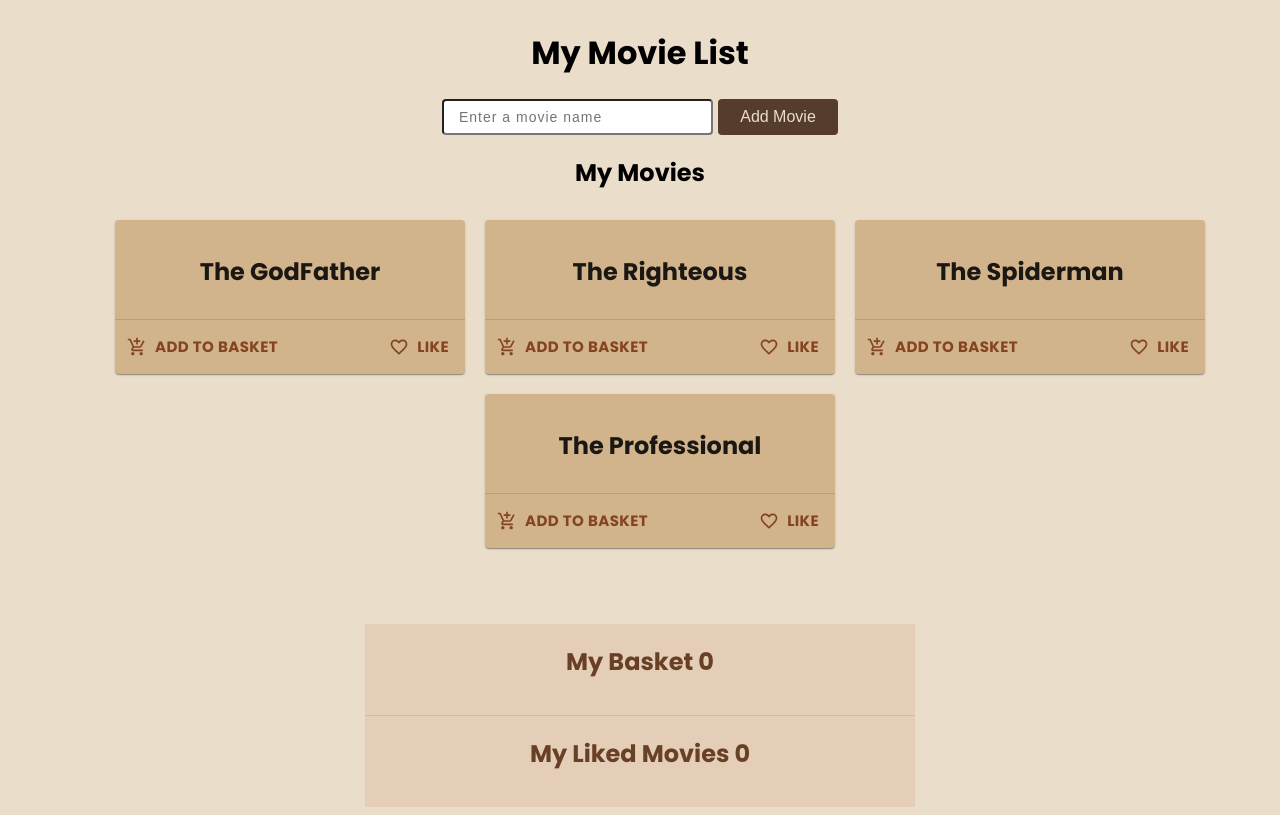
Repository: sinchana-p-iVoyant/redux-movie-store
Page: /
These files come from the project's save history. The page is drawn as it stood at one moment and after the next save; the edit follows.
The browser window is 1280 px wide. The pictures show the whole page.
The project was rebuilt for these pictures with package versions that can differ from the ones it lists, and the page was loaded fresh each time. Also part of the build but not shown: vite.config.ts.

Above is the page before, as saved 2024-02-15 14:06:06.

### index.html
<!doctype html>
<html lang="en">
  <head>
    <meta charset="UTF-8" />
    <link rel="icon" type="image/svg+xml" href="/vite.svg" />
    <meta name="viewport" content="width=device-width, initial-scale=1.0" />
    <title>Redux Movie Store</title>
  </head>
  <body>
    <div id="root"></div>
    <script type="module" src="/src/main.tsx"></script>
  </body>
</html>

### src/main.tsx
import React from 'react'
import ReactDOM from 'react-dom/client'
import App from './App.tsx'
// import './index.css'
import store from './store/index';
import { Provider } from 'react-redux'


ReactDOM.createRoot(document.getElementById('root')!).render(
  <React.StrictMode>
    <Provider store={store}>
      <App />
    </Provider>
  </React.StrictMode>,
)

### src/App.tsx
import { useState } from "react";
// import './App.css'
import { useSelector, useDispatch } from "react-redux";
import {Movie} from './store/index'
import {Card, CardComponent, CardActions, Button, Typography, CardContent} from '@mui/material'
import { Favorite, FavoriteBorder, AddShoppingCart, RemoveShoppingCart } from "@mui/icons-material";
import './App.css'

const App = () => {
  const [movieTitle, setMovieTitle] = useState("");

  // 🔥 a. To Trigger from UI.
  const dispatch = useDispatch();

  // 🔥 b. To update the UI, based on state updates in the store.

  // movies state (array)
  // const movies = useSelector(state => state.movies)
  // ------> return value: state.movies

  // Note:
  // The function passed to `useSelector` selects a slice of the state that we are interested in.
  // The function parameter specifies the `structure` of the Redux state object.
  // It's `type` annotated in TypeScript to ensure the type safety.
  // specifying the structure of the Redux state object using TypeScript type annotations enhances code quality, readability, and maintainability while providing additional safety checks and tooling support during development.

  const movies = useSelector(
    (state : {
      movies: { title: string; liked: boolean; inBasket: boolean }[];
    }) => state.movies
  );

  // const basket = useSelector((state) => state.basket);
  const basket = useSelector((state: { basket: string[] }) => state.basket);

  // const likedMovies = useSelector((state) => state.likedMovies);
  const likedMovies = useSelector((state: { likedMovies: string[] }) => state.likedMovies);


  // 4. Action Creator
  const handleAddMovie = () => {
    const newMovie = {
      title: movieTitle,
      inBasket: false,
      liked: false
    }
    dispatch({ type: "ADD_MOVIE", payload: newMovie });
    setMovieTitle(""); // Reset back to Empty String
  };

  const handleAddToBasket = (movie: string) => {
    dispatch({ type: "ADD_TO_BASKET", payload: movie });
  };
  const handleAddToLikedMovies = (movie: string) => {
    dispatch({ type: "ADD_TO_LIKED_MOVIE", payload: movie });
  };

  return (
    <div className="container">
      <div>
        <h1>My Movie List</h1>
      </div>
      <div className="add-movie">
        <input
          type="text"
          placeholder="Enter a movie name"
          value={movieTitle}
          onChange={(e) => setMovieTitle(e.target.value)}
        />
        <button className="input-btn" onClick={handleAddMovie}>Add Movie</button>
      </div>
      <div>
        <h2>My Movies</h2>
        <ul className="movie-list">
          {movies.map((movie: Movie, index) => (
            <Card key={index} className="movie-card" style={{backgroundColor: "#D2B48C"}}>
              <CardContent>
                <Typography variant="h5" component='h2' style={{ fontWeight: 'bold', fontFamily: 'Poppins, sans-serif', marginTop: '20px' }}>
                  {movie.title}
                </Typography>
              </CardContent>

              <CardActions className="card-actions">
                <Button
                  style={{ color: '#844421', fontSize: '15px', fontWeight: 'bold', fontFamily: 'Poppins, sans-serif' }}
                  startIcon={movie.inBasket ? <RemoveShoppingCart /> : <AddShoppingCart />}
                  onClick={() => handleAddToBasket(movie.title)}>
                  {movie.inBasket ? "Remove From Basket" : "Add To Basket"}
                </Button>
                <Button
                  style={{ color: '#844421', fontSize: '15px', fontWeight: 'bold', fontFamily: 'Poppins, sans-serif' }}
                  startIcon={movie.liked ? <Favorite /> : <FavoriteBorder />}
                  onClick={() => handleAddToLikedMovies(movie.title)}>
                  {movie.liked ? "Dislike" : "Like"}
                </Button>
              </CardActions>

            </Card>
          ))}
        </ul>
      </div>
      <div className="basket-container">
        <h2>My Basket {basket.length}</h2>
        <ul className="basket-container-list">
          {basket.map((basket, index) => (
            <li key={index}>{basket}</li>
          ))}
        </ul>
      </div>
      <div className="liked-container">
        <h2>My Liked Movies {likedMovies.length}</h2>
        <ul className="liked-container-list">
          {likedMovies.map((likedMovie, index) => (
            <li key={index}>{likedMovie}</li>
          ))}
        </ul>
      </div>
    </div>
  );
};

export default App;

// 1. Save the new movie in the local state.
// 2. Add the new movie in local state to the Store.
// 3. Fetch the movies array, from the store

// 3. a. To display in - My Basket & My Liked Movies

### src/store/index.ts
// import { createStore } from "redux";
import { configureStore, createSlice } from "@reduxjs/toolkit";

export type Movie = {
    title: string,
    inBasket: boolean,
    liked: boolean
}

export type State = {
    movies: Movie[],
    basket: string[],
    likedMovies: string[]
}

type Action =
  | { type: "ADD_MOVIE"; payload: Movie } |
    { type: 'ADD_TO_BASKET', payload: string } |
    { type: "ADD_TO_LIKED_MOVIE", payload: string };

// InitialState
const initialState: State = {
    movies: [
      {title: 'The GodFather', inBasket: false, liked: false},
      {title: 'The Righteous', inBasket: false, liked: false},
      {title: 'The Spiderman', inBasket: false, liked: false},
      {title: 'The Professional', inBasket: false, liked: false},
    ],
    basket: [],
    likedMovies: []
}

// Reducers - Make Immutable Updates
const reducer = (state: State = initialState, action: Action): State => {
  switch (action.type) {
    case 'ADD_MOVIE':
      return {
        ...state,
        movies: [...state.movies, action.payload]
      }
    case 'ADD_TO_BASKET':
      return {
        ...state,
          movies: state.movies.map(movie => movie.title === action.payload ? {...movie, inBasket: !movie.inBasket } : movie),
        basket: state.basket.includes(action.payload) ? state.basket.filter(movie => movie !== action.payload) : [...state.basket, action.payload]
      }
    case 'ADD_TO_LIKED_MOVIE':
      return {
        ...state,
        movies: state.movies.map(movie => movie.title === action.payload ? {...movie, liked: !movie.liked} : movie) ,
        likedMovies: state.likedMovies.includes(action.payload) ? state.likedMovies.filter(movie => movie !== action.payload) :  [...state.likedMovies, action.payload]
      }
    default:
      return state
  }
}

// Store
// const store = createStore(reducer)
const store = configureStore({reducer})

export default store

// 1. State
// 2. Reducer
// 3. Store

### src/App.css
@import url('https://fonts.googleapis.com/css2?family=Poppins:ital,wght@0,100;0,200;0,300;0,400;0,500;0,600;0,700;0,800;0,900;1,100;1,200;1,300;1,400;1,500;1,600;1,700;1,800;1,900&display=swap');

body {
  background-color: #EADDCA;
  font-family: "Poppins", sans-serif;
}

h1, h2{
  text-align: center;
}

.container {
  display: flex;
  flex-direction: column;
  align-items: center;
  justify-content: center;
}

.movie-list {
  display: flex;
  flex-wrap: wrap;
  justify-content: center;
}

.movie-card {
  width: 350px;
  margin: 10px;
}

.card-content {
  padding: 16px;
  font-family: "Poppins", sans-serif;
}

.card-actions {
  margin-top: 15px;
  border-top: 1px solid rgba(0, 0, 0, 0.119);
  display: flex;
  justify-content: space-between;
}

/* .btn {
  color: black;
  font-size: 15px;
  font-weight: bold;
} */
.buttonHover:hover {
  background-color: #e0e0e0;
}

/* --- */

input {
  height: 30px;
  width: 250px;
  padding-left: 15px;
  font-size: 14px;
  letter-spacing: 1px;
  border-radius: 4px;
}

.input-btn{
  height: 36px;
  width: 120px;
  font-size: 16px;
  background-color: #553c2b;
  border: none;
  color: #EADDCA;
  margin-left: 5px;
  border-radius: 4px;

}

.input-btn:hover{
  background-color: #ad9a82;
  color: #261509 ;

}

/* ------------------- */

.basket-container {
  margin-top: 50px;
}

.basket-container, .liked-container {
  background-color: #c2805c2a;
  width: 550px;
  /* text-align: center; */
}

.basket-container>h2, .liked-container>h2 {
  color: rgb(104, 64, 38);
}

.basket-container {
  border-bottom: 1px solid rgba(0, 0, 0, 0.085);
}

.basket-container-list, .liked-container-list {
  /* text-align: left; */
  display: flex;
  flex-direction: column;
  justify-content: center;
  align-items: left;

  margin-left: 180px;
}

.basket-container-list li, .liked-container-list li {
  color: rgb(104, 64, 38);
  font-weight: 400;
}



/* #root {
  max-width: 1280px;
  margin: 0 auto;
  padding: 2rem;
  text-align: center;
} */

/*
.logo {
  height: 6em;
  padding: 1.5em;
  will-change: filter;
  transition: filter 300ms;
}
.logo:hover {
  filter: drop-shadow(0 0 2em #646cffaa);
}
.logo.react:hover {
  filter: drop-shadow(0 0 2em #61dafbaa);
}

@keyframes logo-spin {
  from {
    transform: rotate(0deg);
  }
  to {
    transform: rotate(360deg);
  }
}

@media (prefers-reduced-motion: no-preference) {
  a:nth-of-type(2) .logo {
    animation: logo-spin infinite 20s linear;
  }
}

.card {
  padding: 2em;
}

.read-the-docs {
  color: #888;
} */

/* ------------------------- */

After the next save:
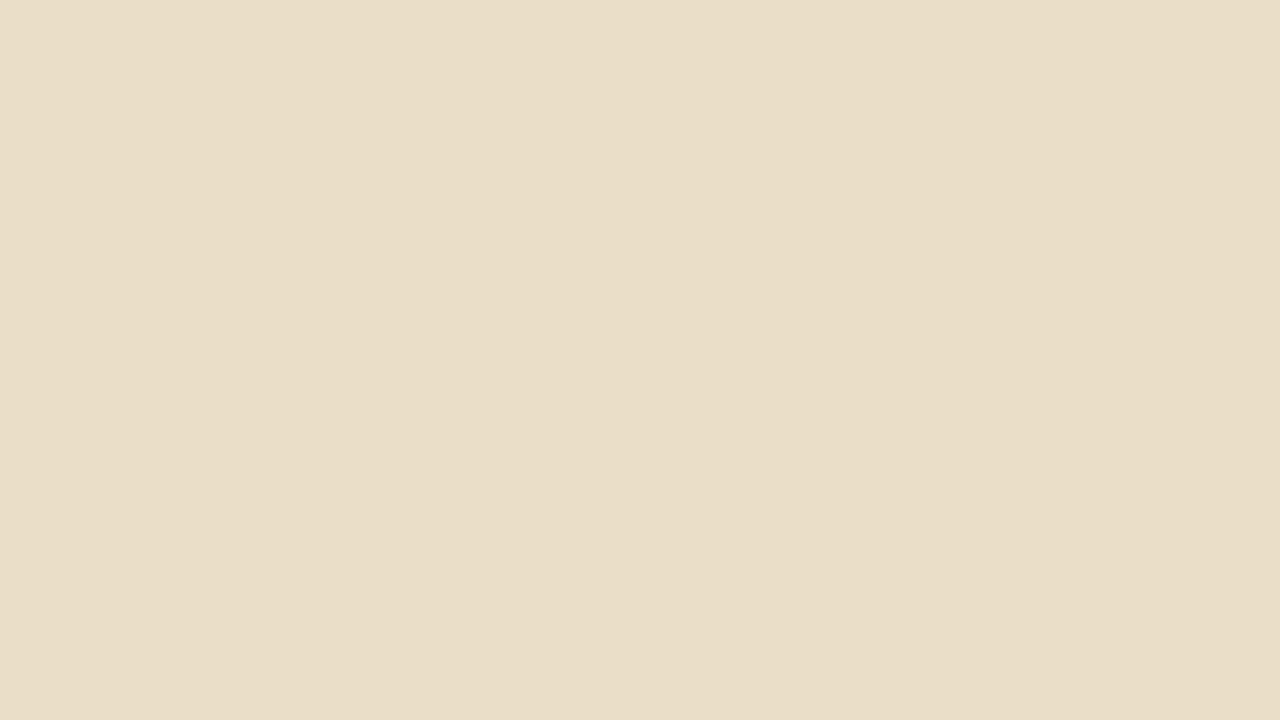
Console error: ReferenceError: reducer is not defined
Saved 2 min 20 s later.
--- a/src/store/index.ts
+++ b/src/store/index.ts
@@ -31,29 +31,29 @@
 }
 
 // Reducers - Make Immutable Updates
-const reducer = (state: State = initialState, action: Action): State => {
-  switch (action.type) {
-    case 'ADD_MOVIE':
-      return {
-        ...state,
-        movies: [...state.movies, action.payload]
-      }
-    case 'ADD_TO_BASKET':
-      return {
-        ...state,
-          movies: state.movies.map(movie => movie.title === action.payload ? {...movie, inBasket: !movie.inBasket } : movie),
-        basket: state.basket.includes(action.payload) ? state.basket.filter(movie => movie !== action.payload) : [...state.basket, action.payload]
-      }
-    case 'ADD_TO_LIKED_MOVIE':
-      return {
-        ...state,
-        movies: state.movies.map(movie => movie.title === action.payload ? {...movie, liked: !movie.liked} : movie) ,
-        likedMovies: state.likedMovies.includes(action.payload) ? state.likedMovies.filter(movie => movie !== action.payload) :  [...state.likedMovies, action.payload]
-      }
-    default:
-      return state
-  }
-}
+// const reducer = (state: State = initialState, action: Action): State => {
+//   switch (action.type) {
+//     case 'ADD_MOVIE':
+//       return {
+//         ...state,
+//         movies: [...state.movies, action.payload]
+//       }
+//     case 'ADD_TO_BASKET':
+//       return {
+//         ...state,
+//           movies: state.movies.map(movie => movie.title === action.payload ? {...movie, inBasket: !movie.inBasket } : movie),
+//         basket: state.basket.includes(action.payload) ? state.basket.filter(movie => movie !== action.payload) : [...state.basket, action.payload]
+//       }
+//     case 'ADD_TO_LIKED_MOVIE':
+//       return {
+//         ...state,
+//         movies: state.movies.map(movie => movie.title === action.payload ? {...movie, liked: !movie.liked} : movie) ,
+//         likedMovies: state.likedMovies.includes(action.payload) ? state.likedMovies.filter(movie => movie !== action.payload) :  [...state.likedMovies, action.payload]
+//       }
+//     default:
+//       return state
+//   }
+// }
 
 // Store
 // const store = createStore(reducer)

After the 4 saves that followed:
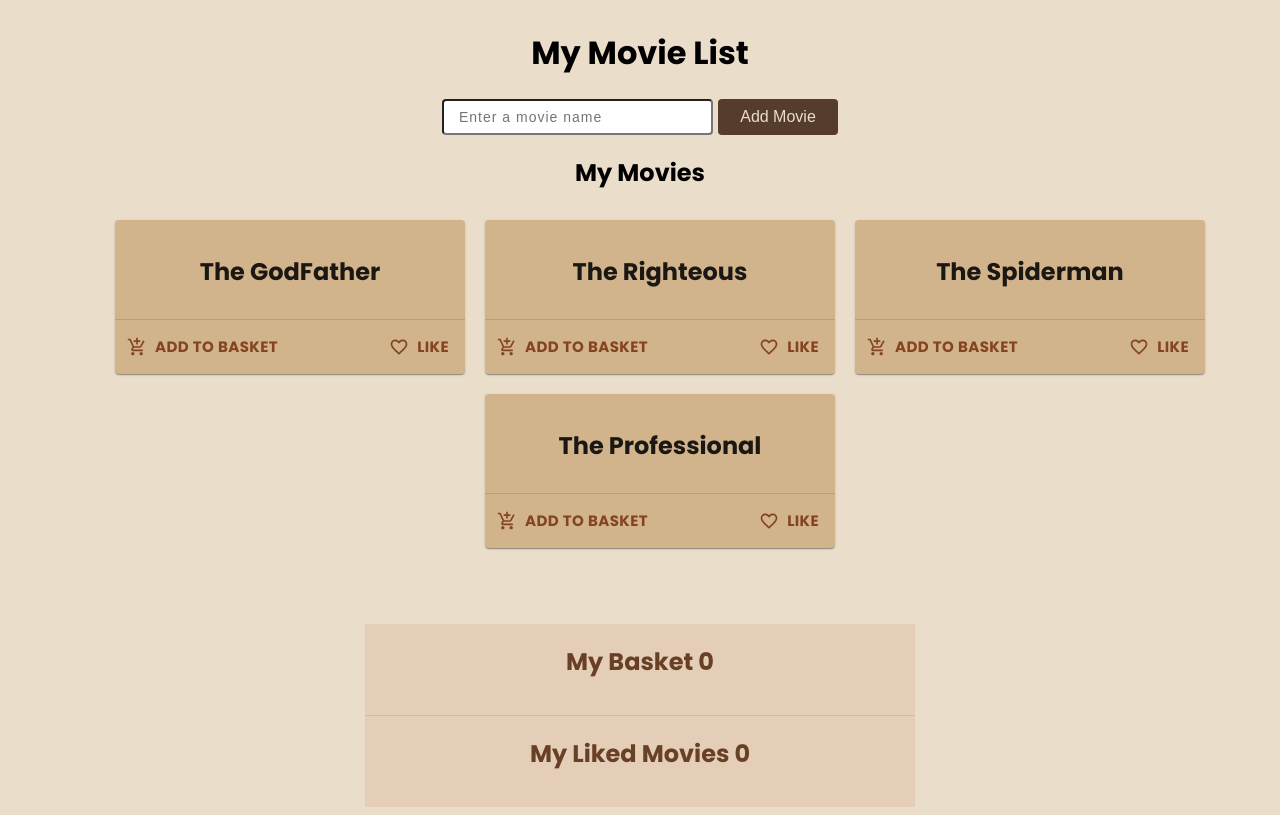
The error is gone.
The 4 saves are shown as one change because 1 left the picture as it was and some came seconds apart.
The last was saved 15 s later.
--- a/src/store/index.ts
+++ b/src/store/index.ts
@@ -55,6 +55,33 @@
 //   }
 // }
 
+
+const reducer = (state: State = initialState, action: Action): State => {
+  switch (action.type) {
+    case 'ADD_MOVIE':
+      return {
+        ...state,
+        movies: [...state.movies, action.payload]
+      }
+    case 'ADD_TO_BASKET':
+      return {
+        ...state,
+          movies: state.movies.map(movie => movie.title === action.payload ? {...movie, inBasket: !movie.inBasket } : movie),
+        basket: state.basket.includes(action.payload) ? state.basket.filter(movie => movie !== action.payload) : [...state.basket, action.payload]
+      }
+    case 'ADD_TO_LIKED_MOVIE':
+      return {
+        ...state,
+        movies: state.movies.map(movie => movie.title === action.payload ? {...movie, liked: !movie.liked} : movie) ,
+        likedMovies: state.likedMovies.includes(action.payload) ? state.likedMovies.filter(movie => movie !== action.payload) :  [...state.likedMovies, action.payload]
+      }
+    default:
+      return state
+  }
+}
+
+
+
 // Store
 // const store = createStore(reducer)
 const store = configureStore({reducer})
